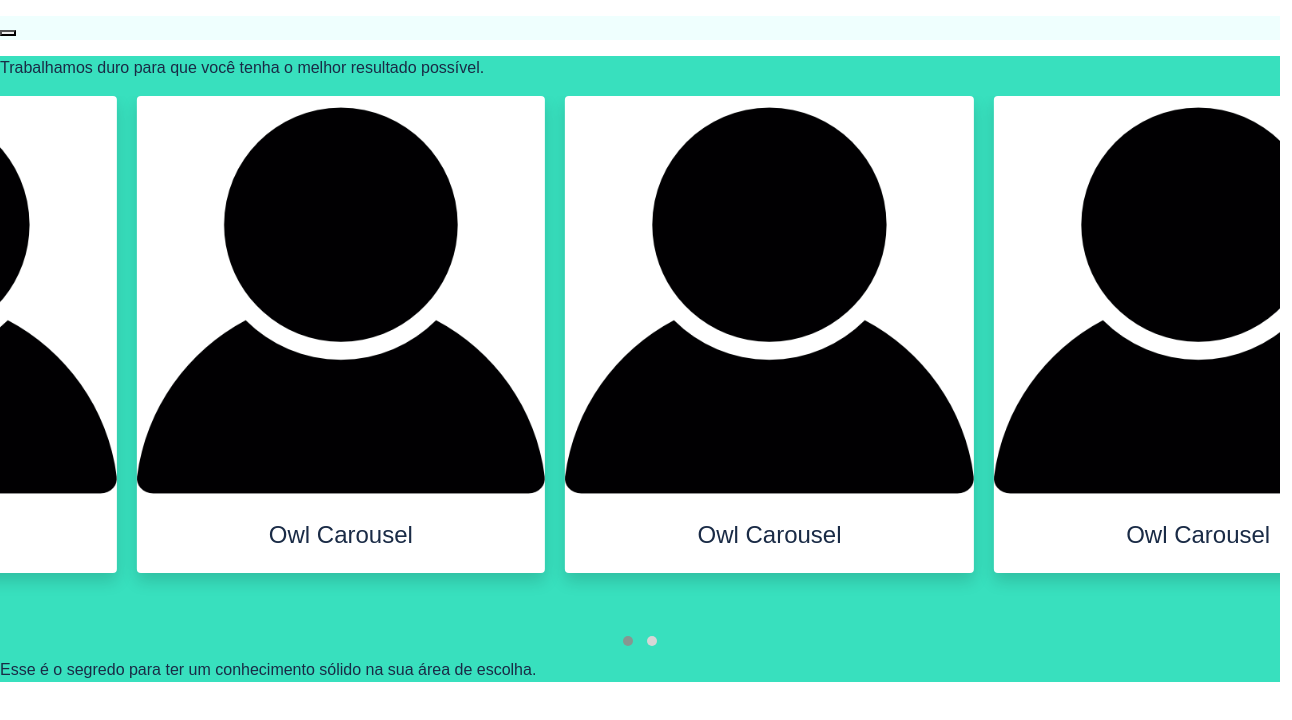
Repository: MarTech-Coders-Planejamento/site-oficial
Page: home.html
These files come from the project's save history. The page is drawn as it stood at one moment and after the next save; the edit follows.
The browser window is 1280 px wide. The page is 1292 px wide, so the pictures cover 1292 px, including what lies to the right of the window. The pictures show the whole page.
Some web fonts or font styles are not loaded; a fallback is used.

Above is the page before, as saved 2021-10-22 19:08:05.

After the next save:
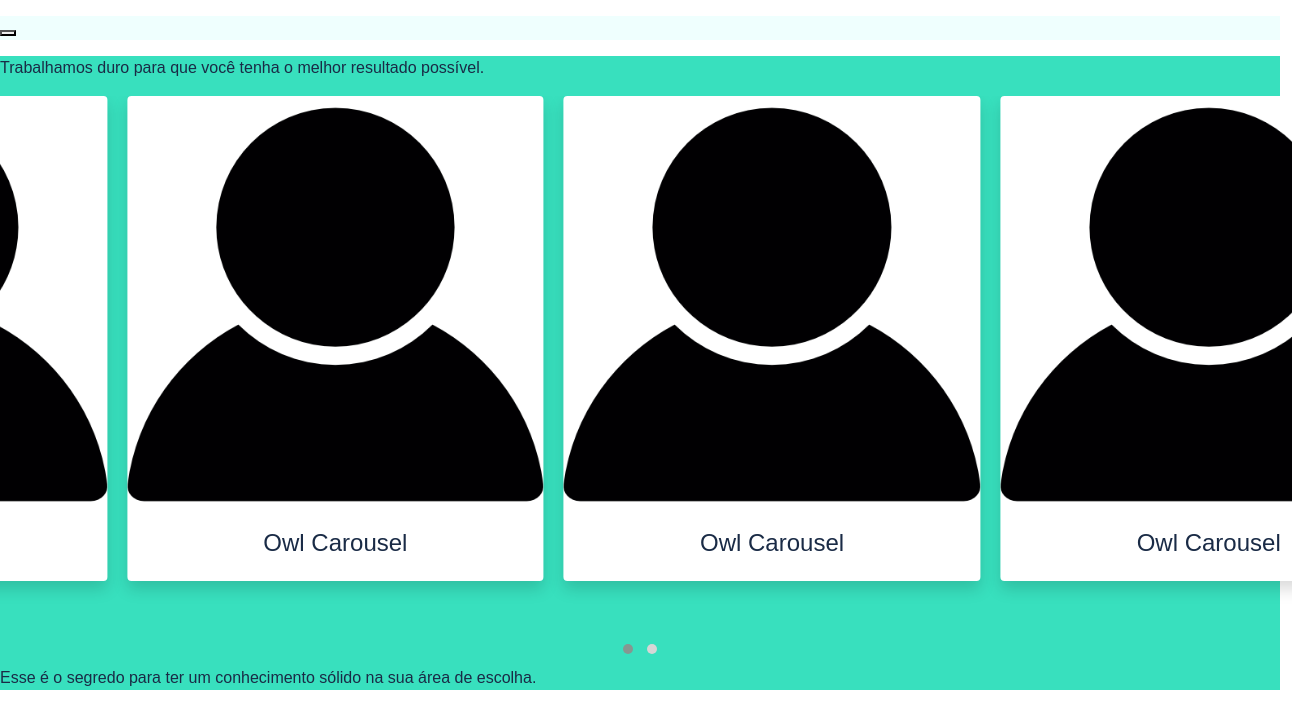
Saved 74 min 32 s later.
--- a/css/home.css
+++ b/css/home.css
@@ -23,7 +23,7 @@
   color: var(--texto);
 }
 
-.slider-container{
+#slider-container{
   padding: 0 !important;
 }
 
